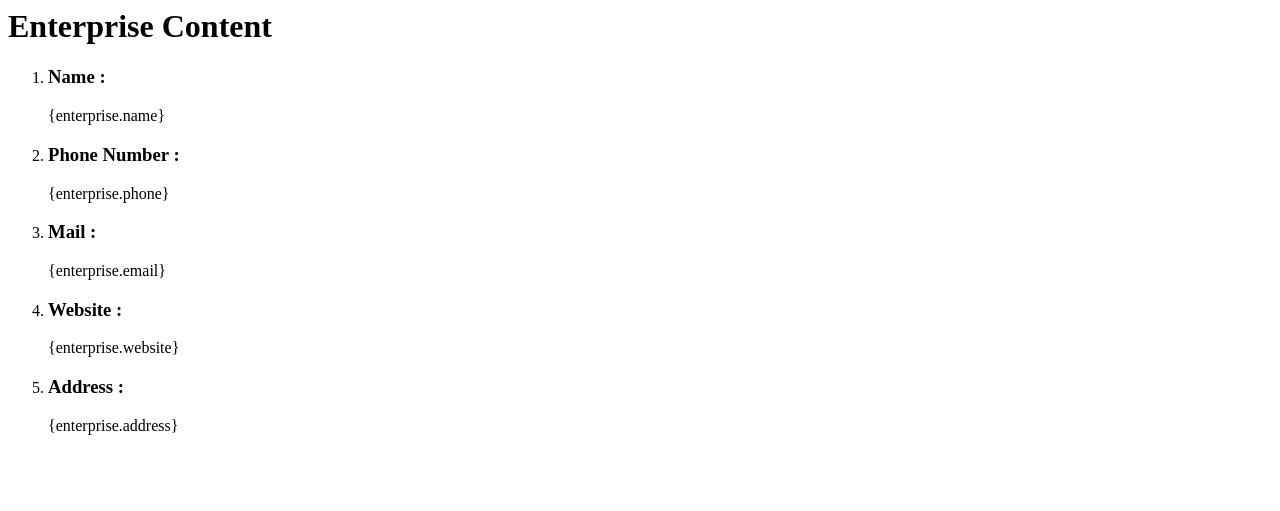
Repository: afif-dhaw/extension-builder
Page: extensions/formation/Resources/Private/Templates/Content/Enterprise.html
The author's editor kept a copy of each file at every save. The page is drawn from the files as they stood at one save, then again after the next save.
The browser window is 1280 px wide. The pictures show the whole page.

Above is the page before, as saved 2023-03-28 10:22:26.

### extensions/formation/Resources/Private/Templates/Content/Enterprise.html
<html data-namespace-typo3-fluid="true" xmlns:f="http://typo3.org/ns/TYPO3Fluid/Fluid/ViewHelpers"
  xmlns:v="http://typo3.org/ns/FluidTYPO3/Vhs/ViewHelpers" xmlns:flux="http://typo3.org/ns/FluidTYPO3/Flux/ViewHelpers"
  xmlns:p="Filter\Filter\ViewHelpers">

<f:layout name="Default" />

<f:section name="Configuration">
  <flux:form id="enterprise" label="Enterprise Content" description="Enterprise Content">

  </flux:form>
</f:section>

<f:section name="Preview">
  <h1>Enterprise Content</h1>
</f:section>

<f:section name="Main">
  <f:variable name="enterprise" value="{p:enterprise(enterpriseId: enterpriseId)}"></f:variable>
  <div class="container-vhs">

    <f:if condition="{enterprise}">

      <ol>
        <li class="list-item-vhs">
          <h3>Name : </h3>{enterprise.name}
        </li>
        <li class="list-item-vhs">
          <h3>Phone Number : </h3>{enterprise.phone}
        </li>
        <li class="list-item-vhs">
          <h3>Mail : </h3>{enterprise.email}
        </li>
        <li class="list-item-vhs">
          <h3>Website : </h3>{enterprise.website}
        </li>
        <li class="list-item-vhs">
          <h3>Address : </h3>{enterprise.address}
        </li>
      </ol>
    </f:if>
  </div>
</f:section>

</html>

After the next save:
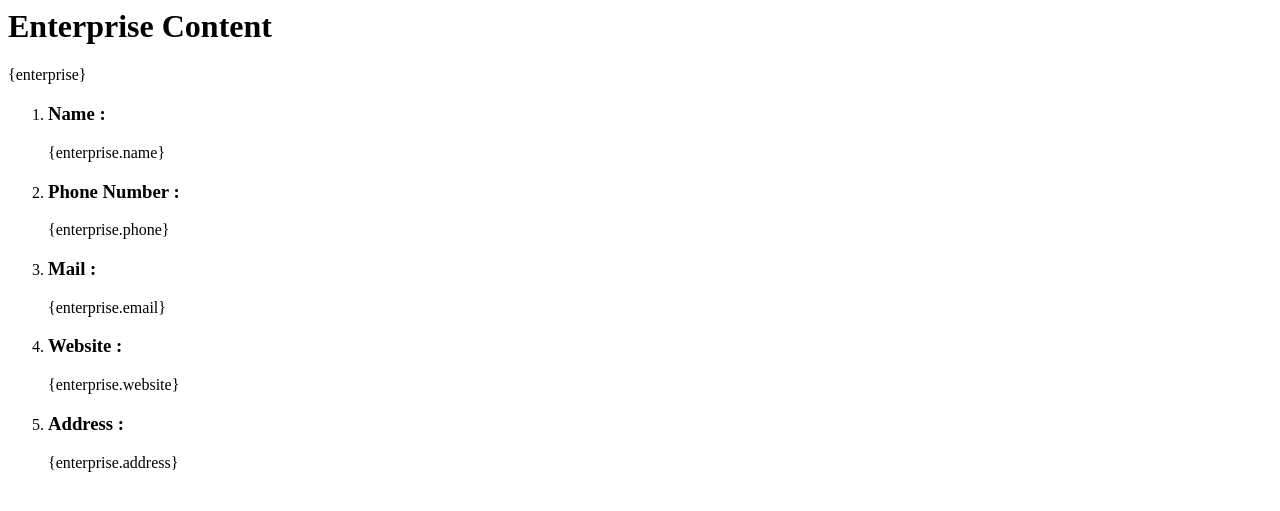
Saved 5 s later.
--- a/extensions/formation/Resources/Private/Templates/Content/Enterprise.html
+++ b/extensions/formation/Resources/Private/Templates/Content/Enterprise.html
@@ -16,6 +16,7 @@
 
 <f:section name="Main">
   <f:variable name="enterprise" value="{p:enterprise(enterpriseId: enterpriseId)}"></f:variable>
+  <f:debug title="" inline="1">{enterprise}</f:debug>
   <div class="container-vhs">
 
     <f:if condition="{enterprise}">

After the save that followed:
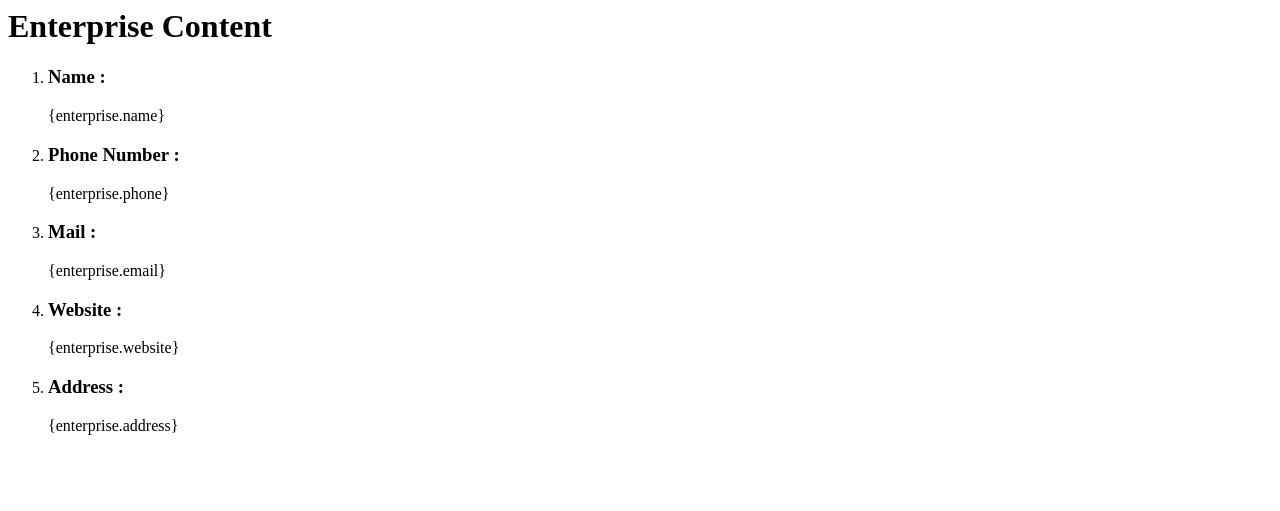
Saved 6 min 12 s later.
--- a/extensions/formation/Resources/Private/Templates/Content/Enterprise.html
+++ b/extensions/formation/Resources/Private/Templates/Content/Enterprise.html
@@ -16,7 +16,6 @@
 
 <f:section name="Main">
   <f:variable name="enterprise" value="{p:enterprise(enterpriseId: enterpriseId)}"></f:variable>
-  <f:debug title="" inline="1">{enterprise}</f:debug>
   <div class="container-vhs">
 
     <f:if condition="{enterprise}">
